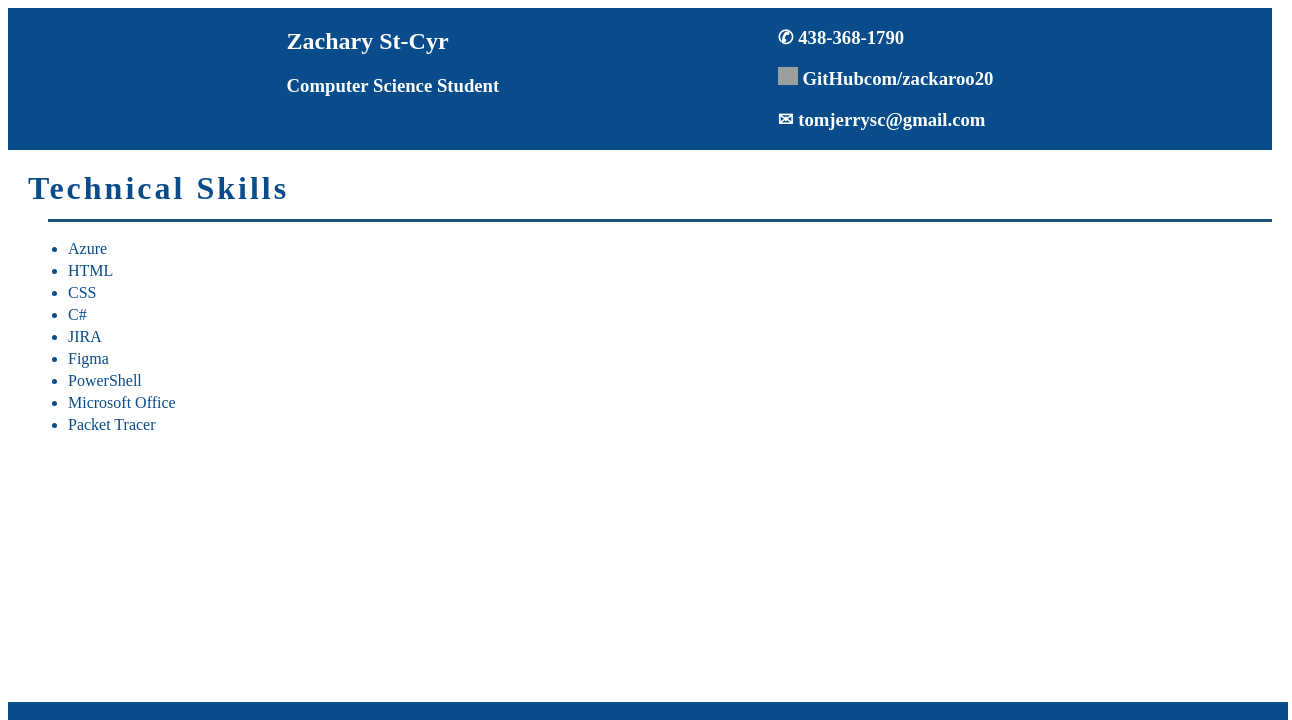
Repository: zackaroo20/Resume-CV
Page: CV.html
The author's editor kept a copy of each file at every save. The page is drawn from the files as they stood at one save, then again after the next save.
The browser window is 1280 px wide. The page is 1292 px wide, so the pictures cover 1292 px, including what lies to the right of the window. The pictures show the whole page.
Pictures or frames that could not be fetched are drawn as grey boxes.

Above is the page before, as saved 2026-03-02 16:23:42.

After the next save:
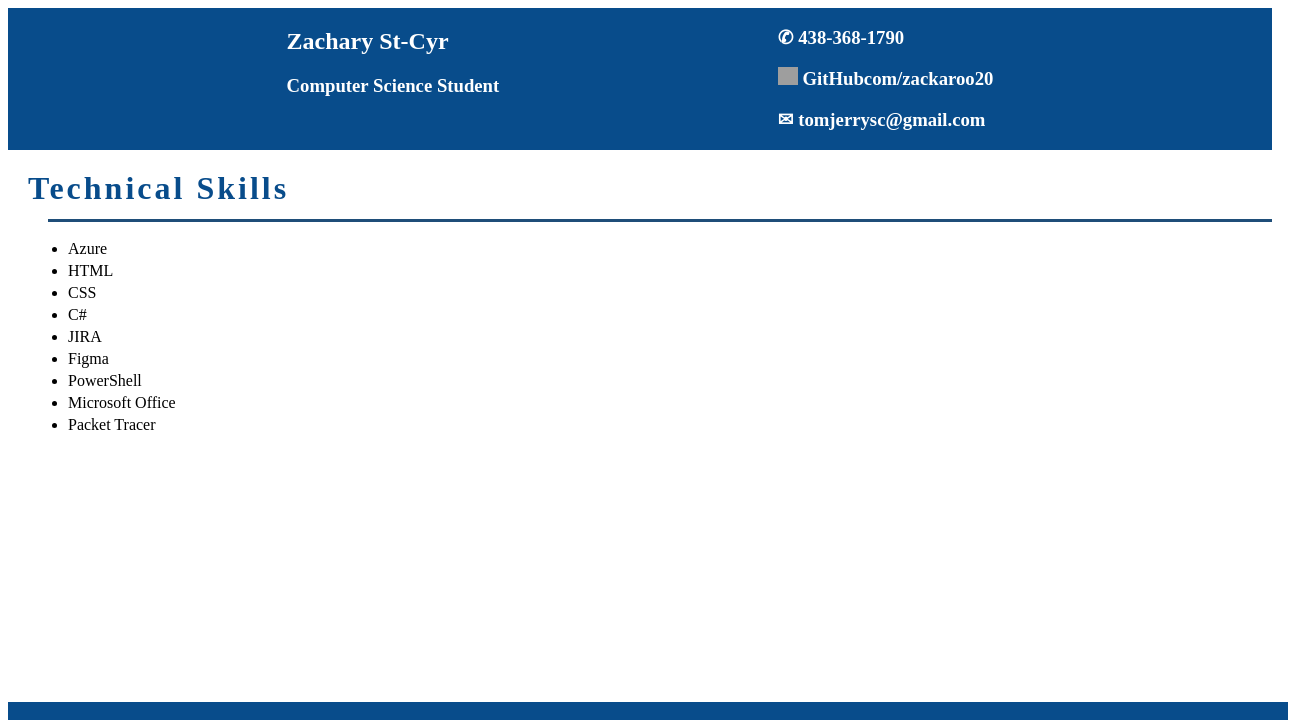
Saved 85 s later.
--- a/CV.css
+++ b/CV.css
@@ -37,7 +37,7 @@ header {
 }
 .skills li {
   background: none;
-  color: #084c8b;
+
   padding: 2px 0;
   font-weight: normal;
   font-size: 1rem;
